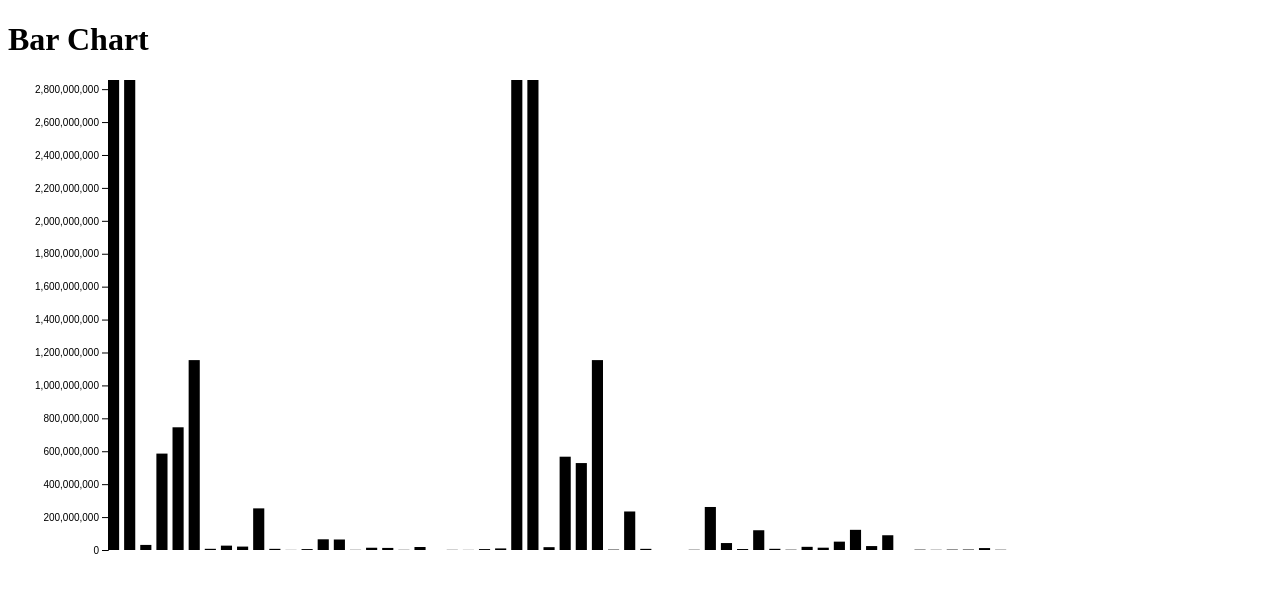
Repository: komalharjani/d3js-visualisation
Page: index.html
An editor plug-in stored every save of this project. The page is shown before and after the next save, followed by the edit.
The browser window is 1280 px wide. The pictures show the whole page.

Above is the page before, as saved 2020-04-29 20:38:06.

After the next save:
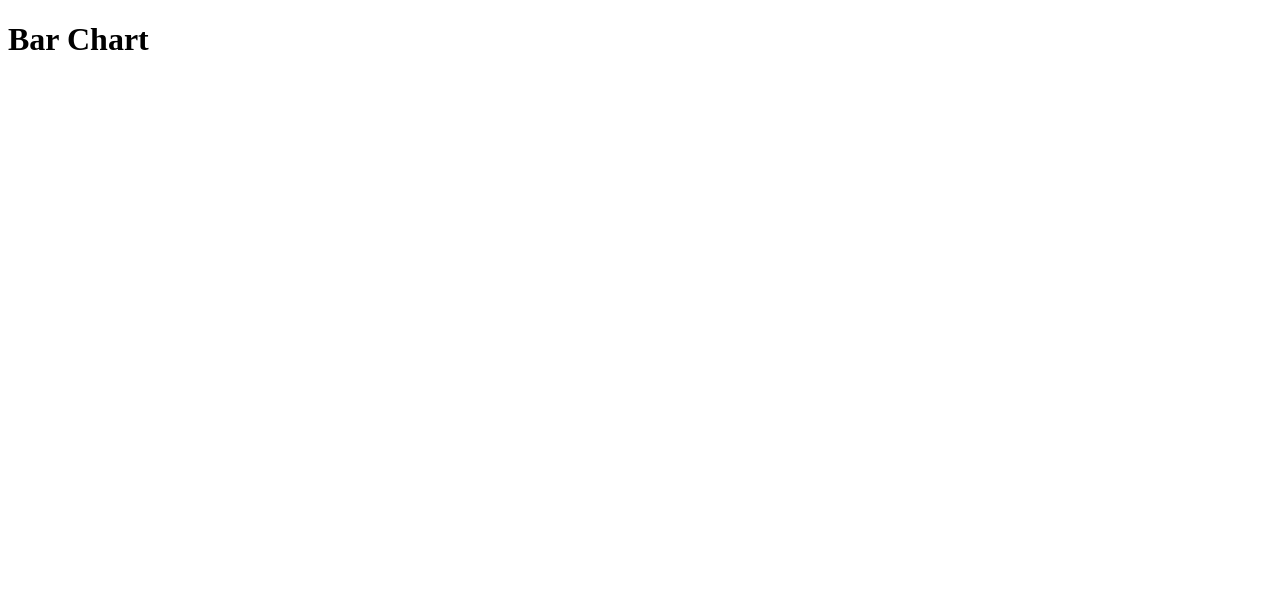
Console error: ReferenceError: year is not defined
Saved 3 min 12 s later.
--- a/index.js
+++ b/index.js
@@ -18,7 +18,11 @@
                                         amount: parseInt(data[i].amount),
                                         type: data[i].energySrc,
                                 })
+
+                        }
+                        if(data[i].year == year && year < 2019) {
                                 temp.push(data[i]);
+                                year++;
                         }
                 }
                 console.log(temp);

After the save that followed:
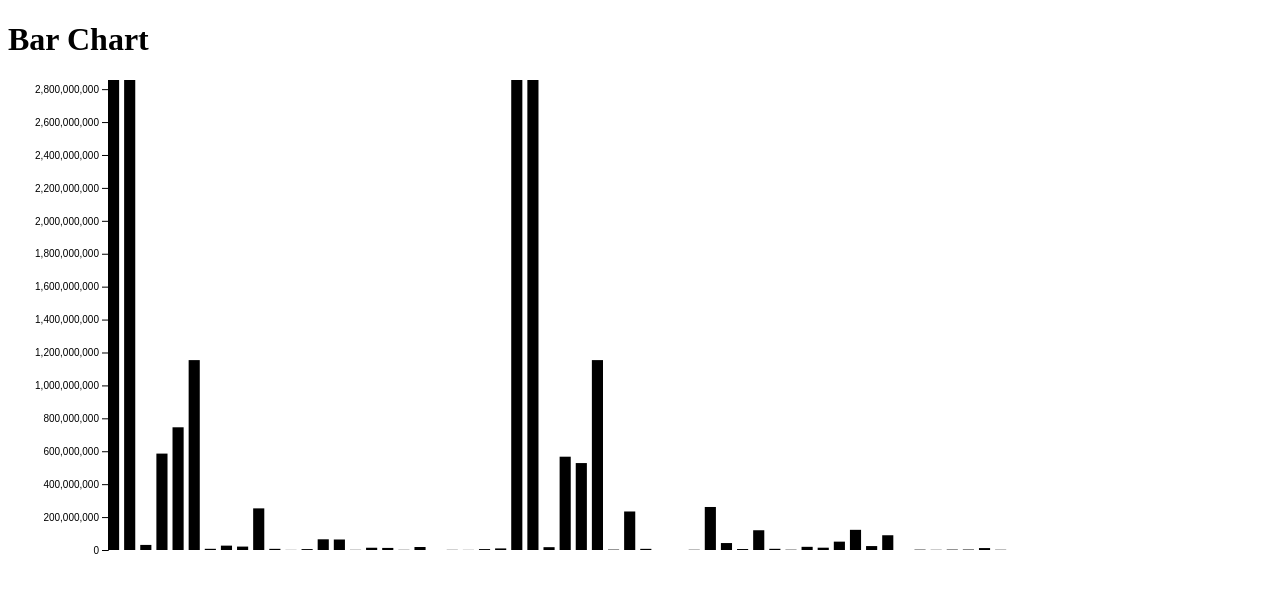
The error is gone.
Saved 11 s later.
--- a/index.js
+++ b/index.js
@@ -20,6 +20,7 @@
                                 })
 
                         }
+                        let year = 1990;
                         if(data[i].year == year && year < 2019) {
                                 temp.push(data[i]);
                                 year++;
